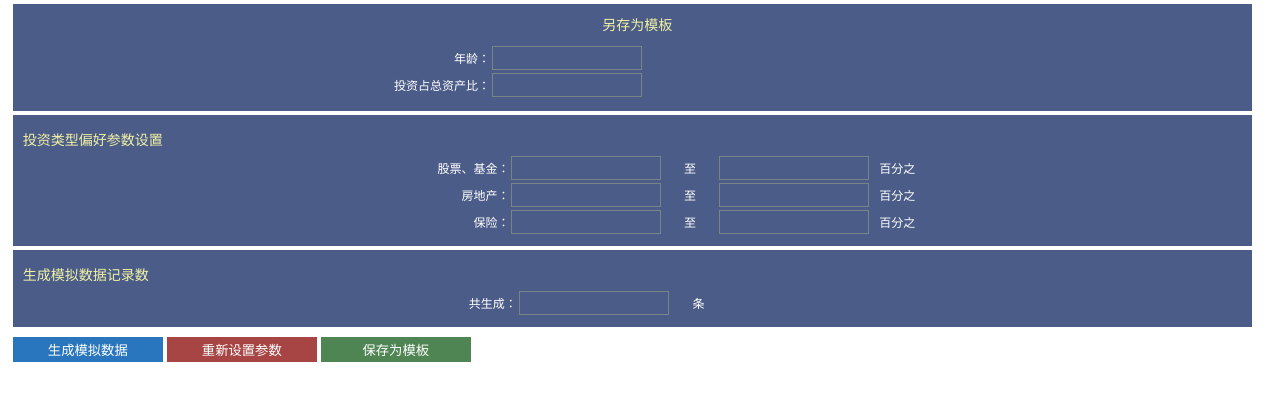
Repository: trieyouth/BigData
Page: http://localhost/BigData/WEB-INF/views/invesr-client-perference-analyse-system/data-collect/saveAsTemplate.jsp
These files come from the project's save history. The page is drawn as it stood at one moment and after the next save; the edit follows.
The browser window is 1280 px wide. The pictures show the whole page.
The page is served by Tomcat 9. Nobody is signed in. The template is opened directly, without the code that normally fills it, so the values that code supplies are empty.

Above is the page before, as saved 2016-03-13 03:34:40.

After the next save:
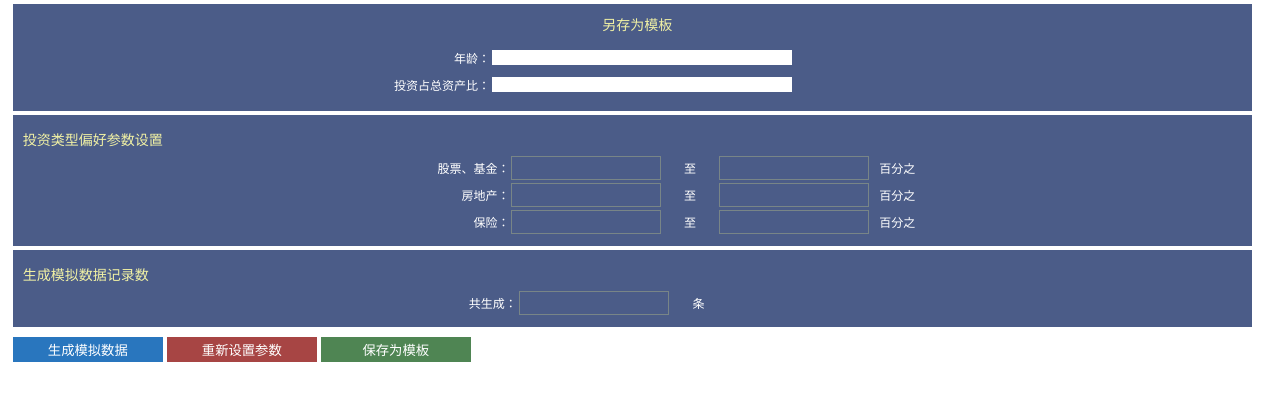
Saved 98 s later.
--- a/BigData/WebRoot/WEB-INF/views/invesr-client-perference-analyse-system/data-collect/saveAsTemplate.jsp
+++ b/BigData/WebRoot/WEB-INF/views/invesr-client-perference-analyse-system/data-collect/saveAsTemplate.jsp
@@ -48,12 +48,12 @@ String basePath = request.getScheme()+"://"+request.getServerName()+":"+request.
       <tr>
         <td width="30%"  height="25"  style="text-align:right" ><label id="labelbody" > 年龄： </label></td>
         <td width="70%"  height="25"  ><label id="labelbody" >
-            <input  type="text" id="inputwidth" name="minAge" >  </label></td>
+            <input  type="text" id="inputwith" style="width:300px;" name="minAge" >  </label></td>
       </tr>
       <tr>
         <td width="30%"  height="25"  style="text-align:right" ><label id="labelbody" > 投资占总资产比： </label></td>
         <td width="70%"  height="25"  ><label id="labelbody" >
-            <input  type="text" id="inputwidth" name="minInvestAssetRate" > </label></td>
+            <input  type="text"  style="width:300px;" name="minInvestAssetRate" > </label></td>
       </tr>
       <tr>
         <td colspan="2"></td>
